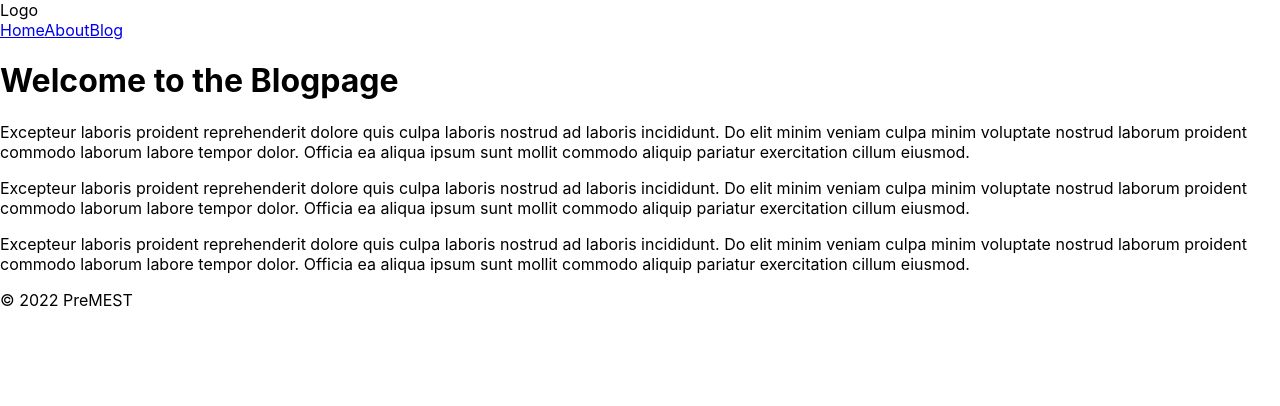
Repository: bayorwor/premest-router
Page: /blog
An editor plug-in stored every save of this project. The page is shown before and after the next save, followed by the edit.
The browser window is 1280 px wide. The pictures show the whole page.
The project was rebuilt for these pictures with package versions that can differ from the ones it lists, and the page was loaded fresh each time. Also part of the build but not shown: src/pages/Home.js, src/pages/About.js.

Above is the page before, as saved 2022-03-29 19:07:31.

### src/index.js
import React from "react";
import ReactDOM from "react-dom";
import { BrowserRouter } from "react-router-dom";
import App from "./App";
import "./styles/index.css";

ReactDOM.render(
  <BrowserRouter>
    <App />
  </BrowserRouter>,
  document.getElementById("root")
);

### src/App.js
import { Route, Routes, Navigate } from "react-router-dom";
import Home from "./pages/Home";
import About from "./pages/About";
import Blog from "./pages/Blog";

function App() {
  return (
    <Routes>
      <Route path="/" element={<Home />} />
      <Route path="/about" element={<About />} />
      <Route path="/blog" element={<Blog />} />
      <Route path="*" element={<Navigate to="/" />} />
    </Routes>
  );
}

export default App;

### src/pages/Blog.js
import withLayout from "./withLayout";

function Blog() {
  return (
    <div>
      <h1> Welcome to the Blogpage </h1>

      <div>
        <p>
          Excepteur laboris proident reprehenderit dolore quis culpa laboris
          nostrud ad laboris incididunt. Do elit minim veniam culpa minim
          voluptate nostrud laborum proident commodo laborum labore tempor
          dolor. Officia ea aliqua ipsum sunt mollit commodo aliquip pariatur
          exercitation cillum eiusmod.
        </p>
        <p>
          Excepteur laboris proident reprehenderit dolore quis culpa laboris
          nostrud ad laboris incididunt. Do elit minim veniam culpa minim
          voluptate nostrud laborum proident commodo laborum labore tempor
          dolor. Officia ea aliqua ipsum sunt mollit commodo aliquip pariatur
          exercitation cillum eiusmod.
        </p>
        <p>
          Excepteur laboris proident reprehenderit dolore quis culpa laboris
          nostrud ad laboris incididunt. Do elit minim veniam culpa minim
          voluptate nostrud laborum proident commodo laborum labore tempor
          dolor. Officia ea aliqua ipsum sunt mollit commodo aliquip pariatur
          exercitation cillum eiusmod.
        </p>
      </div>
    </div>
  );
}

export default withLayout(Blog);

### src/pages/withLayout.js
import { Link } from "react-router-dom";

function withLayout(Component) {
  function Layout() {
    return (
      <div className="layout">
        <header className="appbar">
          <span>Logo</span>
          <div>
            <nav>
              <span className="nav-link">
                <Link to="/">Home</Link>
              </span>
              <span className="nav-link">
                <Link to="/about">About</Link>
              </span>
              <span className="nav-link">
                <Link to="/blog">Blog</Link>
              </span>
            </nav>
          </div>
        </header>
        <main className="main-component">
          <Component />
        </main>
        <footer>&copy; 2022 PreMEST</footer>
      </div>
    );
  }

  return Layout;
}

export default withLayout;

Loaded but not shown: public/index.html (common file); src/index.css (common file)

After the next save:
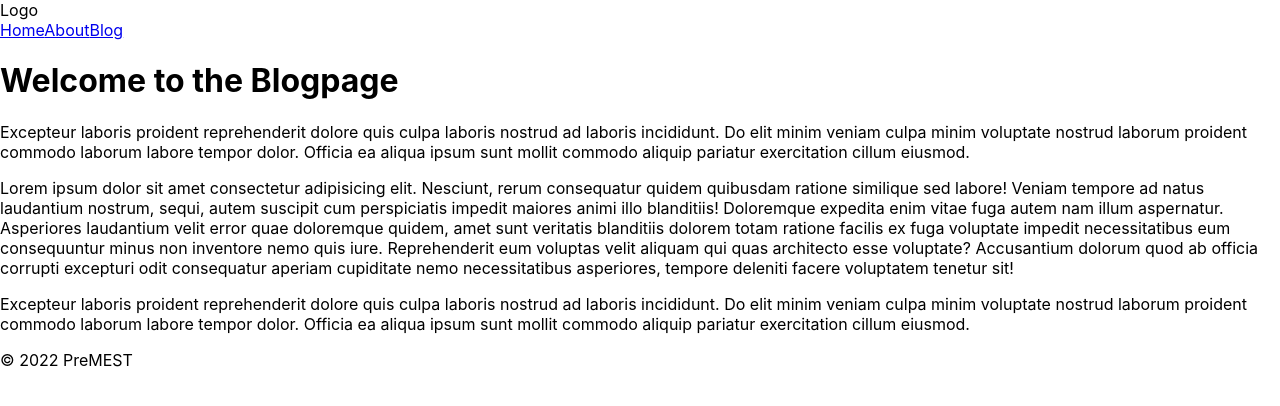
Saved 2 days later.
--- a/src/pages/Blog.js
+++ b/src/pages/Blog.js
@@ -14,11 +14,18 @@ function Blog() {
           exercitation cillum eiusmod.
         </p>
         <p>
-          Excepteur laboris proident reprehenderit dolore quis culpa laboris
-          nostrud ad laboris incididunt. Do elit minim veniam culpa minim
-          voluptate nostrud laborum proident commodo laborum labore tempor
-          dolor. Officia ea aliqua ipsum sunt mollit commodo aliquip pariatur
-          exercitation cillum eiusmod.
+          Lorem ipsum dolor sit amet consectetur adipisicing elit. Nesciunt,
+          rerum consequatur quidem quibusdam ratione similique sed labore!
+          Veniam tempore ad natus laudantium nostrum, sequi, autem suscipit cum
+          perspiciatis impedit maiores animi illo blanditiis! Doloremque
+          expedita enim vitae fuga autem nam illum aspernatur. Asperiores
+          laudantium velit error quae doloremque quidem, amet sunt veritatis
+          blanditiis dolorem totam ratione facilis ex fuga voluptate impedit
+          necessitatibus eum consequuntur minus non inventore nemo quis iure.
+          Reprehenderit eum voluptas velit aliquam qui quas architecto esse
+          voluptate? Accusantium dolorum quod ab officia corrupti excepturi odit
+          consequatur aperiam cupiditate nemo necessitatibus asperiores, tempore
+          deleniti facere voluptatem tenetur sit!
         </p>
         <p>
           Excepteur laboris proident reprehenderit dolore quis culpa laboris
